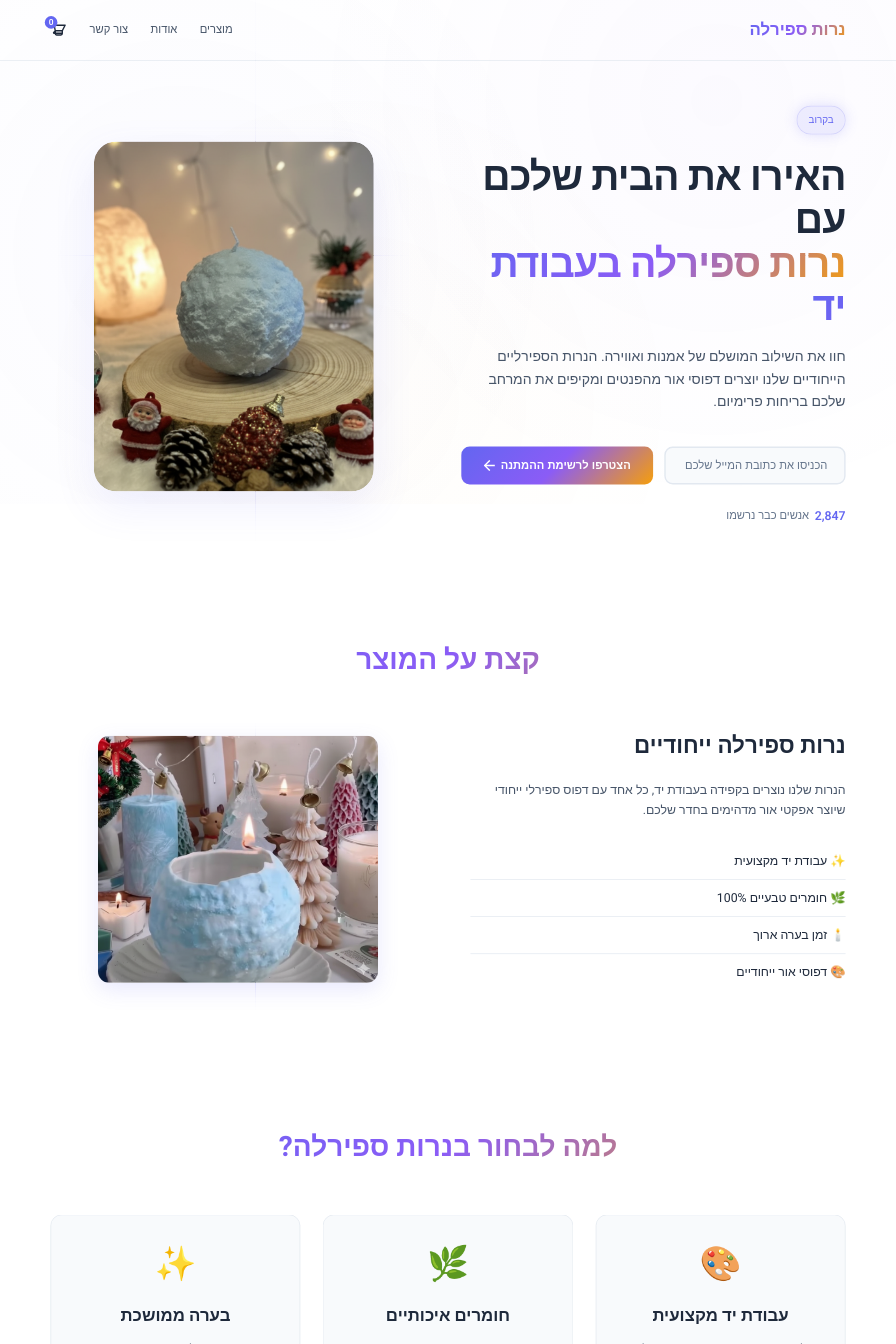
Repository: AvitaRoi/spiralcandles
Page: index.html
An editor plug-in stored every save of this project. The page is shown before and after the next save, followed by the edit.
The browser window is 1280 px wide. The pictures show the part of the page from y = 0 to 1920 px (the page is 3134 px tall before and 3061 px after), at 70% of full size.

Above is the page before, as saved 2025-09-21 22:34:41.

### index.html
<!DOCTYPE html>
<html lang="he" dir="rtl">
<head>
    <meta charset="UTF-8">
    <meta name="viewport" content="width=device-width, initial-scale=1.0">
    <title>נרות ספירלה - חנות הנרות המיוחדת</title>
    <link rel="stylesheet" href="styles.css">
    <link href="https://fonts.googleapis.com/css2?family=Heebo:wght@300;400;500;600;700&display=swap" rel="stylesheet">
</head>
<body>
    <div class="container">
        <!-- Header -->
        <header class="header">
            <div class="nav-container">
                <div class="logo">
                    <span class="logo-text">נרות ספירלה</span>
                </div>
                <nav class="main-nav">
                    <a href="#products">מוצרים</a>
                    <a href="#about">אודות</a>
                    <a href="#contact">צור קשר</a>
                    <div class="cart-icon">
                        <svg width="24" height="24" viewBox="0 0 24 24" fill="none">
                            <path d="M3 3H5L5.4 5M7 13H17L21 5H5.4M7 13L5.4 5M7 13L4.7 15.3C4.3 15.7 4.6 16.5 5.1 16.5H17M17 13V17C17 18.1 16.1 19 15 19H9C7.9 19 7 18.1 7 17V13H17Z" stroke="currentColor" stroke-width="2" stroke-linecap="round" stroke-linejoin="round"/>
                        </svg>
                        <span class="cart-count">0</span>
                    </div>
                </nav>
            </div>
        </header>

        <!-- Hero Section -->
        <main class="hero">
            <div class="hero-content">
                <div class="hero-badge">
                    בקרוב
                </div>
                <h1 class="hero-title">
                    האירו את הבית שלכם עם <br>
                    <span class="gradient-text">נרות ספירלה בעבודת יד</span>
                </h1>
                <p class="hero-description">
                    חוו את השילוב המושלם של אמנות ואווירה. הנרות הספירליים הייחודיים שלנו
                    יוצרים דפוסי אור מהפנטים ומקיפים את המרחב שלכם בריחות פרימיום.
                </p>

                <!-- Waitlist Form -->
                <div class="waitlist-form">
                    <form id="waitlist-signup" class="form">
                        <div class="input-group">
                            <input
                                type="email"
                                id="email"
                                placeholder="הכניסו את כתובת המייל שלכם"
                                required
                                class="email-input"
                            >
                            <button type="submit" class="submit-btn">
                                הצטרפו לרשימת ההמתנה
                                <svg class="arrow-icon" width="16" height="16" viewBox="0 0 16 16" fill="none">
                                    <path d="M8 0L9.41 1.41L3.83 7H16V9H3.83L9.41 14.59L8 16L0 8L8 0Z" fill="currentColor"/>
                                </svg>
                            </button>
                        </div>
                    </form>

                    <div class="success-message" id="success-message">
                        <svg class="check-icon" width="20" height="20" viewBox="0 0 20 20" fill="none">
                            <circle cx="10" cy="10" r="10" fill="#10B981"/>
                            <path d="M6 10L8.5 12.5L14 7" stroke="white" stroke-width="2" stroke-linecap="round" stroke-linejoin="round"/>
                        </svg>
                        <span>תודה! נוסף לרשימה. נעדכן אתכם כשנשיק.</span>
                    </div>
                </div>

                <!-- Social Proof -->
                <div class="social-proof">
                    <span class="counter">2,847</span>
                    <span class="counter-text">אנשים כבר נרשמו</span>
                </div>
            </div>

            <!-- Hero Visual -->
            <div class="hero-visual">
                <div class="product-image-container">
                    <img src="./public/spiral-candle-1-refine.png"
                         alt="נר ספירלה בעבודת יד"
                         class="main-product-image">
                </div>
            </div>
        </main>

        <!-- Preview Section -->
        <section class="preview-section" id="preview">
            <h2 class="section-title">קצת על המוצר</h2>
            <div class="preview-content">
                <div class="preview-text">
                    <h3>נרות ספירלה ייחודיים</h3>
                    <p>הנרות שלנו נוצרים בקפידה בעבודת יד, כל אחד עם דפוס ספירלי ייחודי שיוצר אפקטי אור מדהימים בחדר שלכם.</p>
                    <ul class="feature-list">
                        <li>✨ עבודת יד מקצועית</li>
                        <li>🌿 חומרים טבעיים 100%</li>
                        <li>🕯️ זמן בערה ארוך</li>
                        <li>🎨 דפוסי אור ייחודיים</li>
                    </ul>
                </div>
                <div class="preview-image">
                    <img src="./public/spiral-candle-3-refine.png"
                         alt="פרטי נר ספירלה"
                         class="detail-image">
                </div>
            </div>
        </section>

        <!-- Features Section -->
        <section class="features" id="about">
            <h2 class="features-title">למה לבחור בנרות ספירלה?</h2>
            <div class="features-grid">
                <div class="feature-card">
                    <div class="feature-icon">🎨</div>
                    <h3>עבודת יד מקצועית</h3>
                    <p>כל נר נוצר בקפידה עם דפוסים ספירליים מורכבים היוצרים אפקטים ויזואליים מדהימים.</p>
                </div>
                <div class="feature-card">
                    <div class="feature-icon">🌿</div>
                    <h3>חומרים איכותיים</h3>
                    <p>עשויים מ-100% שעוות סויה טבעי עם פתילים ידידותיים לסביבה ושמני ריח פרימיום.</p>
                </div>
                <div class="feature-card">
                    <div class="feature-icon">✨</div>
                    <h3>בערה ממושכת</h3>
                    <p>העיצוב הספירלי מבטיח בערה אחידה וממושכת, ויוצר חוויה רגועה ומרגיעה שתמלא את הבית שלכם בניחוח עדין ובאווירה חמה.</p>
                </div>
            </div>
        </section>

        <!-- Early Access -->
        <section class="early-access">
            <div class="early-access-content">
                <h2 class="section-title">גישה מוקדמת</h2>
                <p class="early-access-description">
                    הירשמו לרשימת ההמתנה וקבלו גישה מוקדמת למוצרים שלנו,
                    הנחות מיוחדות ועדכונים על השקות חדשות.
                </p>
                <div class="benefits-list">
                    <div class="benefit-item">
                        <span class="benefit-icon">🎁</span>
                        <span>הנחה של 25% על הרכישה הראשונה</span>
                    </div>
                    <div class="benefit-item">
                        <span class="benefit-icon">⚡</span>
                        <span>גישה מוקדמת למוצרים חדשים</span>
                    </div>
                    <div class="benefit-item">
                        <span class="benefit-icon">📦</span>
                        <span>משלוח חינם על ההזמנה הראשונה</span>
                    </div>
                </div>
            </div>
        </section>

        <!-- Footer -->
        <footer class="footer" id="contact">
            <div class="footer-content">
                <div class="footer-section">
                    <h4>צור קשר</h4>
                    <p>📞 03-1234567</p>
                    <p>📧 info@spiralcandles.co.il</p>
                    <p>📍 תל אביב, ישראל</p>
                </div>
                <div class="footer-section">
                    <h4>שירות לקוחות</h4>
                    <a href="#">משלוחים והחזרות</a>
                    <a href="#">תנאי שימוש</a>
                    <a href="#">מדיניות פרטיות</a>
                </div>
                <div class="footer-section">
                    <h4>עקבו אחרינו</h4>
                    <div class="social-links">
                        <a href="#">פייסבוק</a>
                        <a href="#">אינסטגרם</a>
                        <a href="#">וואטסאפ</a>
                    </div>
                </div>
            </div>
            <div class="footer-bottom">
                <p>&copy; 2024 נרות ספירלה. כל הזכויות שמורות.</p>
            </div>
        </footer>
    </div>

    <script src="script.js"></script>
</body>
</html>

### styles.css
/* Reset and Base Styles */
* {
    margin: 0;
    padding: 0;
    box-sizing: border-box;
}

:root {
    --primary-color: #6366f1;
    --primary-dark: #4f46e5;
    --secondary-color: #f59e0b;
    --background: #ffffff;
    --surface: #f8fafc;
    --text-primary: #1e293b;
    --text-secondary: #475569;
    --text-muted: #64748b;
    --border-color: #e2e8f0;
    --success-color: #10b981;
    --gradient: linear-gradient(135deg, #6366f1 0%, #8b5cf6 50%, #f59e0b 100%);
    --glow: 0 0 30px rgba(99, 102, 241, 0.3);
}

body {
    font-family: 'Heebo', -apple-system, BlinkMacSystemFont, 'Segoe UI', sans-serif;
    background: var(--background);
    color: var(--text-primary);
    line-height: 1.6;
    overflow-x: hidden;
    direction: rtl;
}

.container {
    min-height: 100vh;
    position: relative;
}

/* Background Effects */
body::before {
    content: '';
    position: fixed;
    top: 0;
    left: 0;
    width: 100%;
    height: 100%;
    background:
        radial-gradient(circle at 20% 50%, rgba(99, 102, 241, 0.03) 0%, transparent 50%),
        radial-gradient(circle at 80% 20%, rgba(139, 92, 246, 0.03) 0%, transparent 50%),
        radial-gradient(circle at 40% 80%, rgba(245, 158, 11, 0.02) 0%, transparent 50%);
    pointer-events: none;
    z-index: -1;
}

/* Header */
.header {
    padding: 1.5rem 0;
    border-bottom: 1px solid var(--border-color);
}

.nav-container {
    max-width: 1200px;
    margin: 0 auto;
    padding: 0 2rem;
    display: flex;
    justify-content: space-between;
    align-items: center;
}

.logo-text {
    font-size: 1.5rem;
    font-weight: 700;
    background: var(--gradient);
    -webkit-background-clip: text;
    background-clip: text;
    -webkit-text-fill-color: transparent;
    color: transparent;
}

.main-nav {
    display: flex;
    align-items: center;
    gap: 2rem;
}

.main-nav a {
    color: var(--text-secondary);
    text-decoration: none;
    font-weight: 500;
    transition: color 0.3s ease;
}

.main-nav a:hover {
    color: var(--primary-color);
}

.cart-icon {
    position: relative;
    display: flex;
    align-items: center;
    color: var(--text-primary);
    cursor: pointer;
    transition: color 0.3s ease;
}

.cart-icon:hover {
    color: var(--primary-color);
}

.cart-count {
    position: absolute;
    top: -8px;
    left: -8px;
    background: var(--primary-color);
    color: white;
    border-radius: 50%;
    width: 18px;
    height: 18px;
    font-size: 0.75rem;
    display: flex;
    align-items: center;
    justify-content: center;
    font-weight: 600;
}

/* Hero Section */
.hero {
    display: grid;
    grid-template-columns: 1fr 1fr;
    gap: 4rem;
    max-width: 1200px;
    margin: 0 auto;
    padding: 4rem 2rem;
    align-items: center;
    min-height: 70vh;
}

.hero-content {
    max-width: 600px;
}

.hero-badge {
    display: inline-block;
    padding: 0.5rem 1rem;
    background: rgba(99, 102, 241, 0.1);
    border: 1px solid rgba(99, 102, 241, 0.2);
    border-radius: 2rem;
    font-size: 0.875rem;
    font-weight: 500;
    color: var(--primary-color);
    margin-bottom: 2rem;
    animation: glow-pulse 2s ease-in-out infinite alternate;
}

@keyframes glow-pulse {
    from { box-shadow: 0 0 10px rgba(99, 102, 241, 0.1); }
    to { box-shadow: 0 0 20px rgba(99, 102, 241, 0.2); }
}

.hero-title {
    font-size: 3.5rem;
    font-weight: 700;
    line-height: 1.1;
    margin-bottom: 1.5rem;
    letter-spacing: -0.02em;
}

.gradient-text {
    background: var(--gradient);
    -webkit-background-clip: text;
    background-clip: text;
    -webkit-text-fill-color: transparent;
    color: transparent;
}

.hero-description {
    font-size: 1.25rem;
    color: var(--text-secondary);
    margin-bottom: 3rem;
    line-height: 1.6;
}

/* Waitlist Form */
.waitlist-form {
    margin-bottom: 2rem;
}

.form {
    position: relative;
}

.input-group {
    display: flex;
    gap: 1rem;
    margin-bottom: 1rem;
}

.email-input {
    flex: 1;
    padding: 1rem 1.5rem;
    background: var(--surface);
    border: 2px solid var(--border-color);
    border-radius: 0.75rem;
    color: var(--text-primary);
    font-size: 1rem;
    transition: all 0.3s ease;
}

.email-input:focus {
    outline: none;
    border-color: var(--primary-color);
    box-shadow: var(--glow);
}

.email-input::placeholder {
    color: var(--text-muted);
}

.submit-btn {
    padding: 1rem 2rem;
    background: var(--gradient);
    border: none;
    border-radius: 0.75rem;
    color: white;
    font-weight: 600;
    font-size: 1rem;
    cursor: pointer;
    display: flex;
    align-items: center;
    gap: 0.5rem;
    transition: all 0.3s ease;
    white-space: nowrap;
}

.submit-btn:hover {
    transform: translateY(-2px);
    box-shadow: 0 10px 25px rgba(99, 102, 241, 0.3);
}

.submit-btn:active {
    transform: translateY(0);
}

.arrow-icon {
    transition: transform 0.3s ease;
}

.submit-btn:hover .arrow-icon {
    transform: translateX(-4px);
}

.success-message {
    display: none;
    align-items: center;
    gap: 0.75rem;
    padding: 1rem 1.5rem;
    background: rgba(16, 185, 129, 0.1);
    border: 1px solid rgba(16, 185, 129, 0.3);
    border-radius: 0.75rem;
    color: var(--success-color);
    font-weight: 500;
    animation: slide-in 0.5s ease;
}

.success-message.show {
    display: flex;
}

@keyframes slide-in {
    from {
        opacity: 0;
        transform: translateY(10px);
    }
    to {
        opacity: 1;
        transform: translateY(0);
    }
}

/* Social Proof */
.social-proof {
    display: flex;
    align-items: center;
    gap: 0.5rem;
    color: var(--text-muted);
}

.counter {
    font-weight: 600;
    color: var(--primary-color);
    font-size: 1.1rem;
}

/* Hero Visual */
.hero-visual {
    display: flex;
    justify-content: center;
    align-items: center;
    position: relative;
}

.product-image-container {
    position: relative;
    width: 400px;
    height: 500px;
    display: flex;
    justify-content: center;
    align-items: center;
    background: linear-gradient(135deg, rgba(99, 102, 241, 0.05) 0%, rgba(139, 92, 246, 0.05) 100%);
    border-radius: 2rem;
    overflow: hidden;
    box-shadow: 0 20px 60px rgba(99, 102, 241, 0.1);
}

.main-product-image {
    width: 100%;
    height: 100%;
    object-fit: cover;
    border-radius: 2rem;
    transition: transform 0.3s ease;
}

.main-product-image:hover {
    transform: scale(1.05);
}

/* Preview Section */
.preview-section {
    padding: 6rem 2rem;
    max-width: 1200px;
    margin: 0 auto;
}

.section-title {
    font-size: 2.5rem;
    font-weight: 700;
    margin-bottom: 4rem;
    background: var(--gradient);
    -webkit-background-clip: text;
    background-clip: text;
    -webkit-text-fill-color: transparent;
    color: transparent;
    text-align: center;
}

.preview-content {
    display: grid;
    grid-template-columns: 1fr 1fr;
    gap: 4rem;
    align-items: center;
}

.preview-text h3 {
    font-size: 2rem;
    font-weight: 600;
    margin-bottom: 1.5rem;
    color: var(--text-primary);
}

.preview-text p {
    font-size: 1.1rem;
    color: var(--text-secondary);
    line-height: 1.6;
    margin-bottom: 2rem;
}

.feature-list {
    list-style: none;
    padding: 0;
}

.feature-list li {
    padding: 0.75rem 0;
    font-size: 1.1rem;
    color: var(--text-primary);
    border-bottom: 1px solid var(--border-color);
}

.feature-list li:last-child {
    border-bottom: none;
}

.preview-image {
    display: flex;
    justify-content: center;
    align-items: center;
}

.detail-image {
    width: 100%;
    max-width: 400px;
    height: auto;
    border-radius: 1rem;
    box-shadow: 0 10px 30px rgba(99, 102, 241, 0.15);
    transition: transform 0.3s ease;
}

.detail-image:hover {
    transform: scale(1.02);
}

/* Features Section */
.features {
    padding: 6rem 2rem;
    max-width: 1200px;
    margin: 0 auto;
    text-align: center;
}

.features-title {
    font-size: 2.5rem;
    font-weight: 700;
    margin-bottom: 4rem;
    background: var(--gradient);
    -webkit-background-clip: text;
    background-clip: text;
    -webkit-text-fill-color: transparent;
    color: transparent;
}

.features-grid {
    display: grid;
    grid-template-columns: repeat(auto-fit, minmax(300px, 1fr));
    gap: 2rem;
}

.feature-card {
    padding: 2rem;
    background: var(--surface);
    border: 1px solid var(--border-color);
    border-radius: 1rem;
    transition: all 0.3s ease;
}

.feature-card:hover {
    transform: translateY(-5px);
    border-color: var(--primary-color);
    box-shadow: 0 10px 30px rgba(99, 102, 241, 0.1);
}

.feature-icon {
    font-size: 3rem;
    margin-bottom: 1rem;
}

.feature-card h3 {
    font-size: 1.5rem;
    font-weight: 600;
    margin-bottom: 1rem;
    color: var(--text-primary);
}

.feature-card p {
    color: var(--text-secondary);
    line-height: 1.6;
}

/* Early Access Section */
.early-access {
    padding: 6rem 2rem;
    max-width: 1200px;
    margin: 0 auto;
    text-align: center;
    background: rgba(99, 102, 241, 0.03);
    border-radius: 2rem;
}

.early-access-content {
    max-width: 800px;
    margin: 0 auto;
}

.early-access-description {
    font-size: 1.2rem;
    color: var(--text-secondary);
    line-height: 1.6;
    margin-bottom: 3rem;
}

.benefits-list {
    display: grid;
    grid-template-columns: repeat(auto-fit, minmax(250px, 1fr));
    gap: 2rem;
    margin-top: 3rem;
}

.benefit-item {
    display: flex;
    align-items: center;
    gap: 1rem;
    padding: 1.5rem;
    background: var(--surface);
    border: 1px solid var(--border-color);
    border-radius: 1rem;
    transition: all 0.3s ease;
}

.benefit-item:hover {
    transform: translateY(-3px);
    border-color: var(--primary-color);
    box-shadow: 0 8px 25px rgba(99, 102, 241, 0.1);
}

.benefit-icon {
    font-size: 2rem;
}

.benefit-item span:last-child {
    font-weight: 500;
    color: var(--text-primary);
}

/* Footer */
.footer {
    padding: 4rem 2rem 2rem;
    border-top: 1px solid var(--border-color);
    color: var(--text-muted);
}

.footer-content {
    max-width: 1200px;
    margin: 0 auto;
    display: grid;
    grid-template-columns: repeat(auto-fit, minmax(250px, 1fr));
    gap: 3rem;
    text-align: right;
}

.footer-section h4 {
    color: var(--text-primary);
    font-weight: 600;
    margin-bottom: 1rem;
    font-size: 1.1rem;
}

.footer-section p {
    margin-bottom: 0.5rem;
    line-height: 1.6;
}

.footer-section a {
    display: block;
    color: var(--text-muted);
    text-decoration: none;
    margin-bottom: 0.5rem;
    transition: color 0.3s ease;
}

.footer-section a:hover {
    color: var(--primary-color);
}

.social-links {
    display: flex;
    gap: 1rem;
    justify-content: flex-end;
}

.social-links a {
    display: inline-block;
    padding: 0.5rem 1rem;
    background: var(--surface);
    border: 1px solid var(--border-color);
    border-radius: 0.5rem;
    transition: all 0.3s ease;
}

.social-links a:hover {
    border-color: var(--primary-color);
    color: var(--primary-color);
    transform: translateY(-2px);
}

.footer-bottom {
    margin-top: 3rem;
    padding-top: 2rem;
    border-top: 1px solid var(--border-color);
    text-align: center;
}

/* Responsive Design */
@media (max-width: 768px) {
    .nav-container {
        padding: 0 1rem;
        flex-direction: column;
        gap: 1rem;
    }

    .main-nav {
        gap: 1.5rem;
    }

    .hero {
        grid-template-columns: 1fr;
        gap: 2rem;
        text-align: center;
        padding: 2rem 1rem;
    }

    .hero-visual {
        order: -1;
    }

    .product-image-container {
        width: 300px;
        height: 400px;
    }

    .hero-title {
        font-size: 2.5rem;
    }

    .hero-description {
        font-size: 1.1rem;
    }

    .input-group {
        flex-direction: column;
    }

    .submit-btn {
        justify-content: center;
    }

    .social-proof {
        justify-content: center;
    }

    .preview-content {
        grid-template-columns: 1fr;
        gap: 2rem;
    }

    .section-title, .features-title {
        font-size: 2rem;
    }

    .features-grid, .benefits-list {
        grid-template-columns: 1fr;
    }

    .footer-content {
        grid-template-columns: 1fr;
        text-align: center;
        gap: 2rem;
    }

    .social-links {
        justify-content: center;
    }
}

@media (max-width: 480px) {
    .hero-title {
        font-size: 2rem;
    }

    .product-image-container {
        width: 250px;
        height: 350px;
    }

    .feature-card, .benefit-item {
        padding: 1.5rem;
    }

    .benefit-item {
        flex-direction: column;
        text-align: center;
    }
}

Loaded but not shown: script.js (249 lines, source omitted)

After the next save:
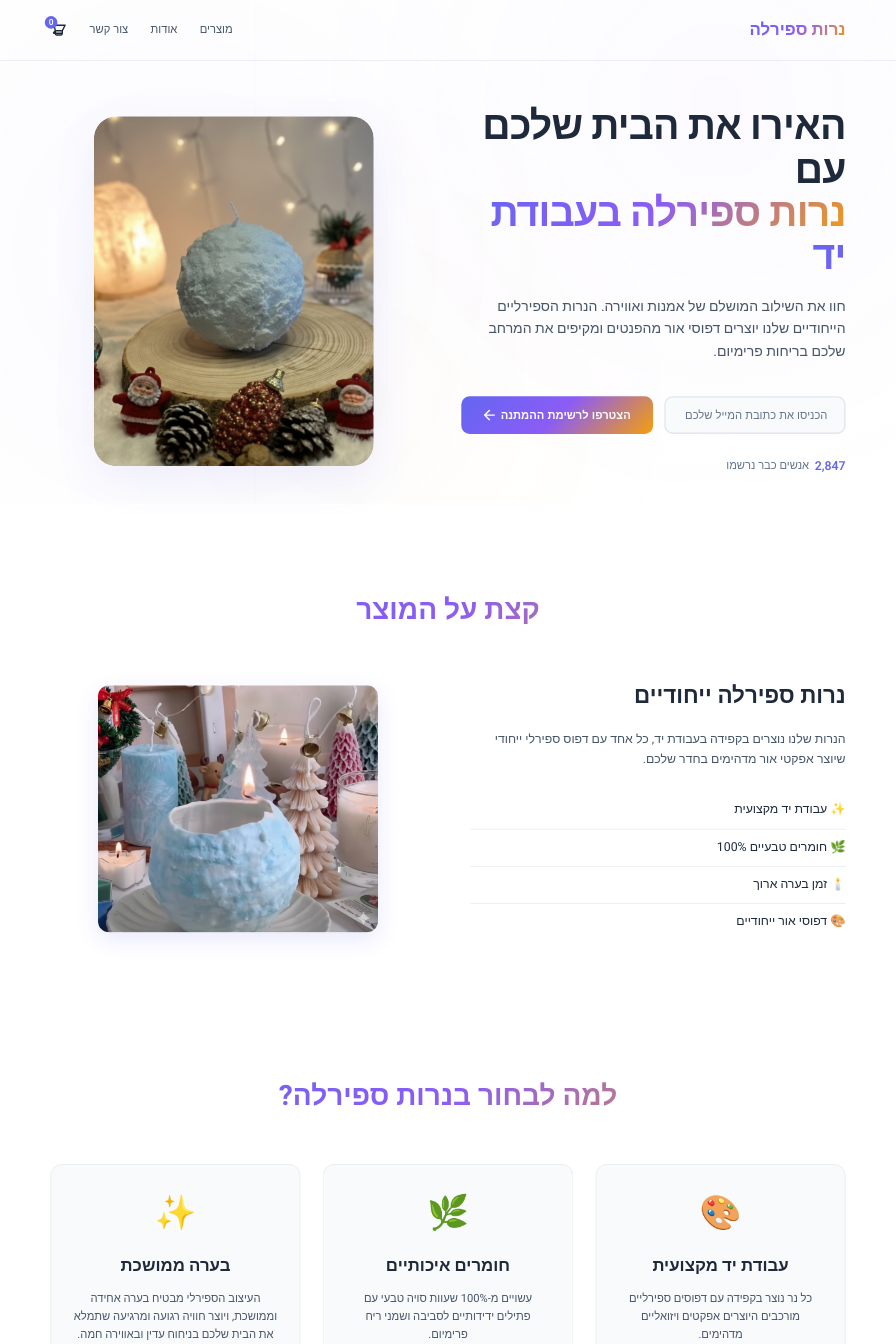
Saved 55 s later.
--- a/index.html
+++ b/index.html
@@ -32,9 +32,7 @@
         <!-- Hero Section -->
         <main class="hero">
             <div class="hero-content">
-                <div class="hero-badge">
-                    בקרוב
-                </div>
+
                 <h1 class="hero-title">
                     האירו את הבית שלכם עם <br>
                     <span class="gradient-text">נרות ספירלה בעבודת יד</span>
